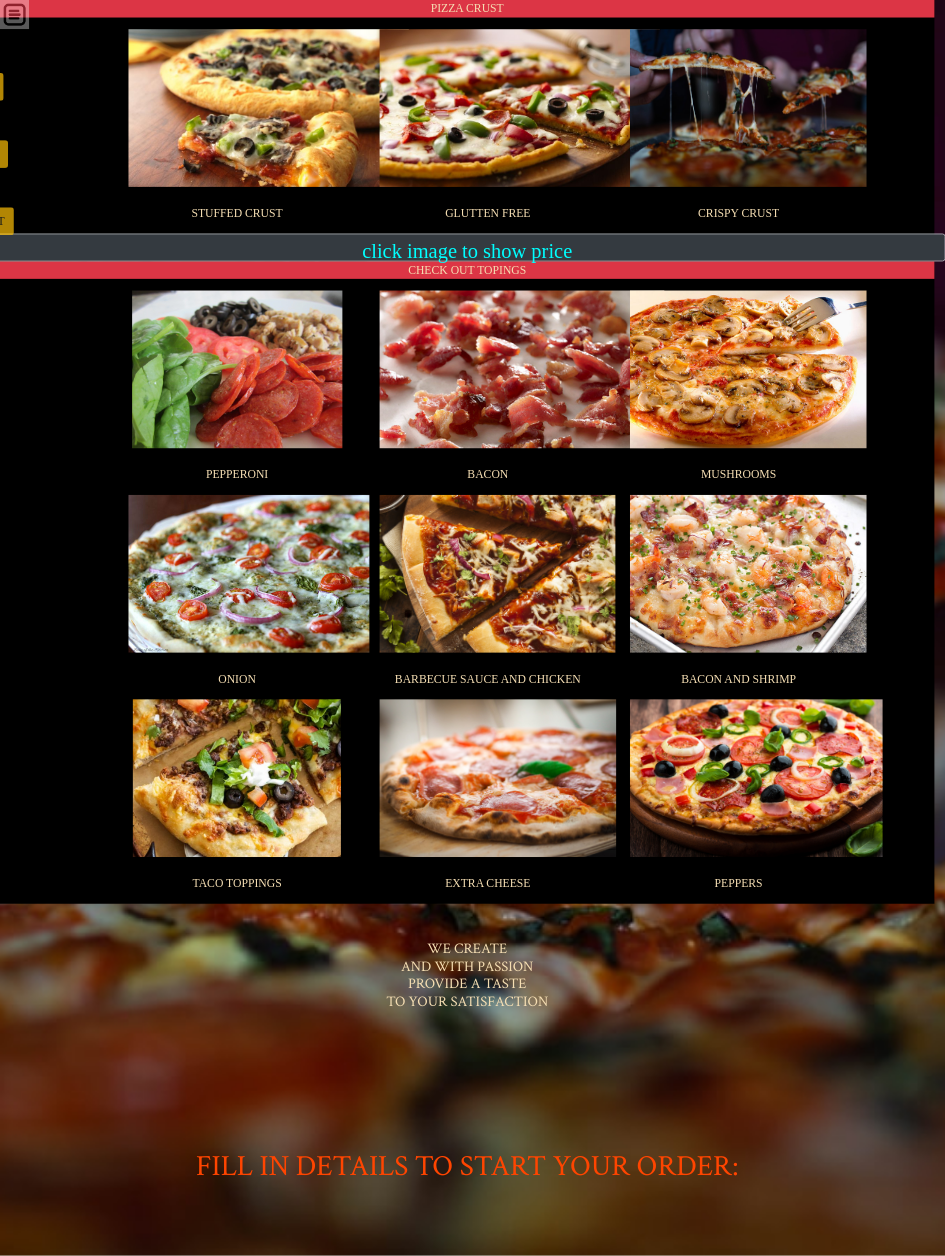
Repository: alexmwaura/MOREO--PIZZA-IP4
Page: mine.html
These files come from the project's save history. The page is drawn as it stood at one moment and after the next save; the edit follows.
The browser window is 1280 px wide. The page is 1295 px wide, so the pictures cover 1295 px, including what lies to the right of the window. The pictures show the whole page, at 73% of full size.
Some web fonts or font styles are not loaded; a fallback is used.

Above is the page before, as saved 2019-09-01 14:29:42.

After the next save:
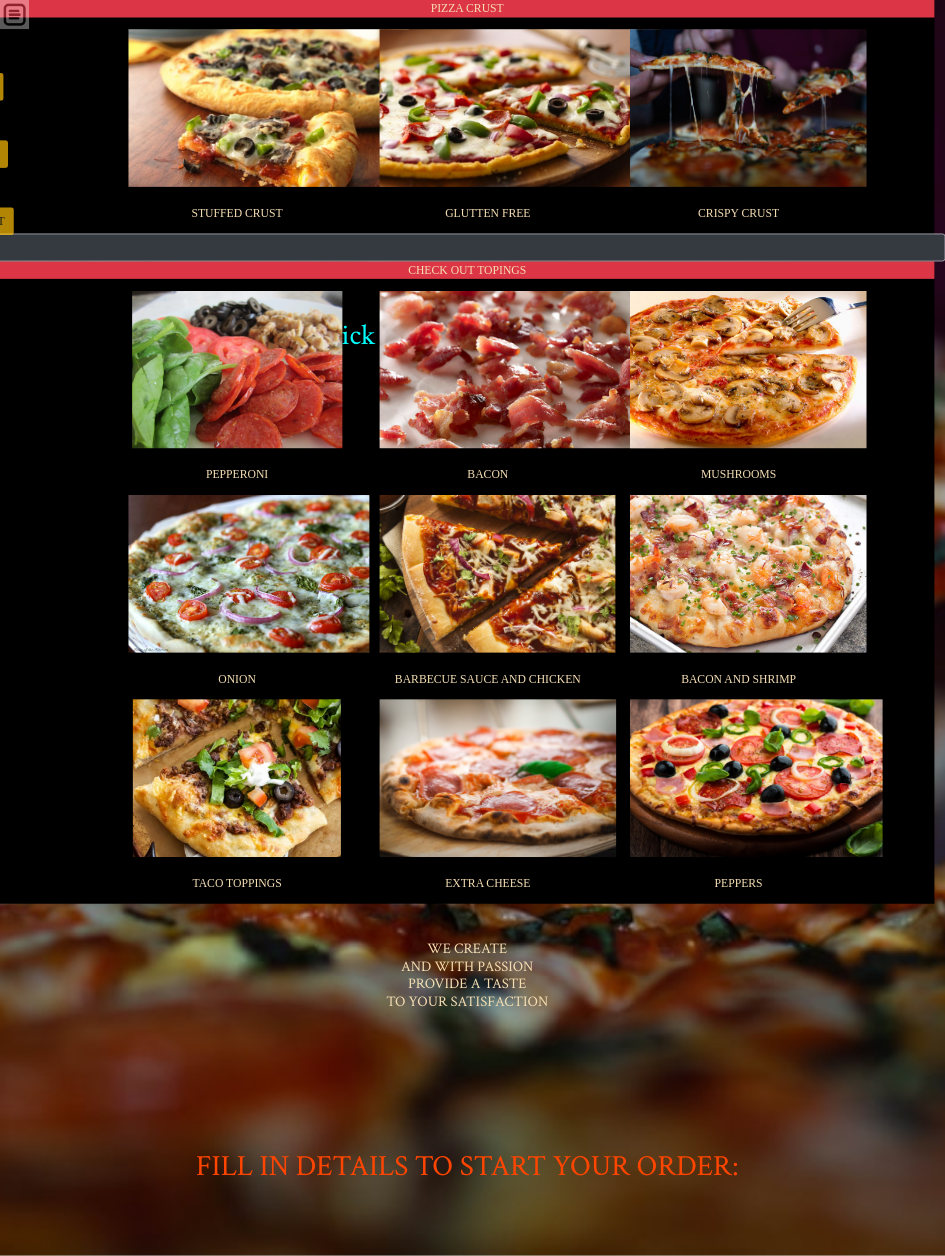
Saved 30 s later.
--- a/mine.html
+++ b/mine.html
@@ -106,7 +106,7 @@
                     </div>
 
                     <div class="form-control bg-dark">
-                        <h3 style="color: aqua" style="font-size: 10vh"> click image to show price</h3>
+                        <h1 style="color: aqua" style="font-size: 10vh"> click image to show price</h1>
                     </div>
 
 

After the save that followed:
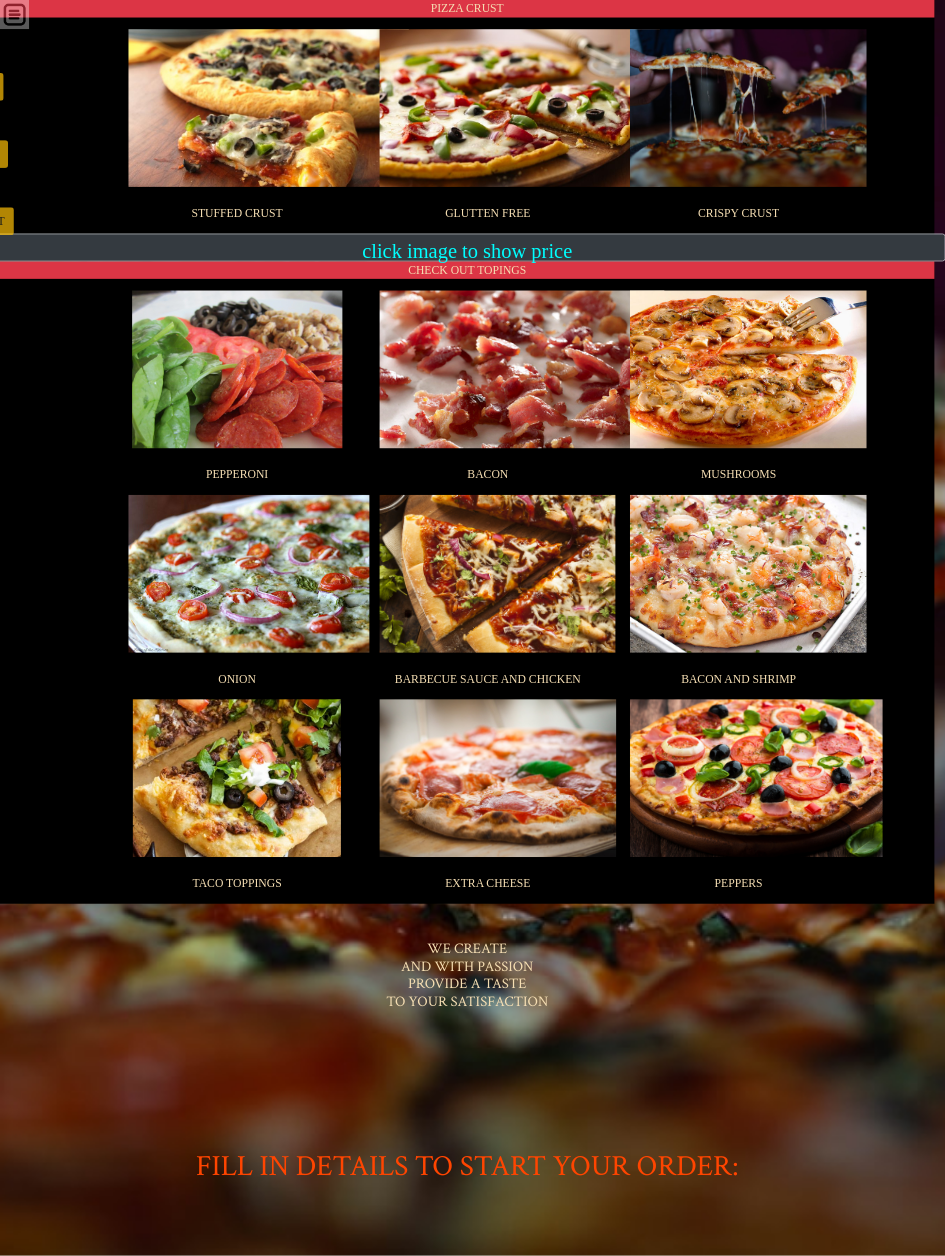
Saved 18 s later.
--- a/mine.html
+++ b/mine.html
@@ -106,7 +106,7 @@
                     </div>
 
                     <div class="form-control bg-dark">
-                        <h1 style="color: aqua" style="font-size: 10vh"> click image to show price</h1>
+                        <h3 style="color: aqua" style="font-size: 10vh"> click image to show price</h3>
                     </div>
 
 
